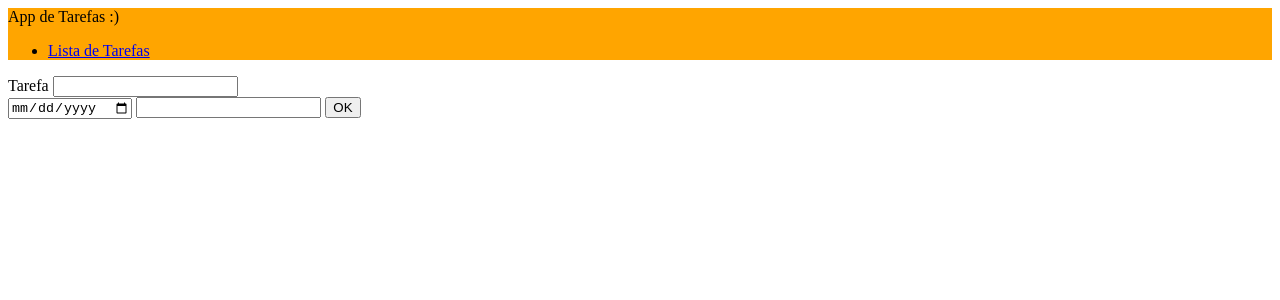
Repository: sophiaks/CRUD
Page: http://localhost/Projeto1/Views/adiciona.jsp
An editor plug-in stored every save of this project. The page is shown before and after the next save, followed by the edit.
The browser window is 1280 px wide. The pictures show the whole page.
The page is served by Tomcat 9. Nobody is signed in. The application's start-up code is not run. Other server files are loaded and not shown.

Above is the page before, as saved 2020-09-23 19:00:37.

### WorkspaceP1/Projeto1/WebContent/Views/adiciona.jsp
<%@ page language="java" contentType="text/html; charset=ISO-8859-1"
    pageEncoding="ISO-8859-1"%>
<%@ taglib uri="http://java.sun.com/jsp/jstl/core" prefix="c" %>
<%@ taglib uri="http://java.sun.com/jsp/jstl/fmt" prefix="fmt" %>
<%@ page import="java.util.*,br.edu.insper.*" %>


<!DOCTYPE html>
<html>
<head>
<meta charset="ISO-8859-1">
<title>Tarefa</title>
</head>

<body>
	<jsp:useBean id="dao" class="br.edu.insper.DAO"/>
	<header>
		<nav class="navbar navbar-expand-md navbar-dark"
		style="background-color: orange">
		<div>
			App de Tarefas :)
		</div>
		<ul>
			<li><a href="<%=request.getContextPath()%>/Views/lista.jsp">Lista de Tarefas</a></li>
		</ul>


		</nav>
	</header>
	<form action="adiciona" method="post">
				<div class="form-group">
				<label for="exampleInputEmail1">Tarefa</label>
				<input type="text" name="nome">
				</div>


				<input type="date" name="entrega">



				<input type="text" name="descricao">


			<input type="submit" value="OK">


	</form>
	<br />



</body>
</html>

### WorkspaceP1/Projeto1/src/br/edu/insper/model/DAO.java
package br.edu.insper;
import java.sql.Connection;
import java.sql.DriverManager;
import java.sql.PreparedStatement;
import java.sql.ResultSet;
import java.sql.SQLException;
import java.util.ArrayList;
import java.util.List;


public class DAO {
	private Connection connection = null;

	public DAO () throws ClassNotFoundException, SQLException {
		Class.forName("com.mysql.jdbc.Driver");
		connection = DriverManager.getConnection("jdbc:mysql://127.0.0.1:3306/tarefas?serverTimezone=UTC", "root", "^^b^@JVg^x!6");
	}

	public List<Tarefa> getLista() throws SQLException {
		List<Tarefa> tarefas = new ArrayList<Tarefa>();

		PreparedStatement stmt = connection.prepareStatement("SELECT * FROM tarefa;");
		ResultSet rs = stmt.executeQuery();

		while (rs.next()) {
			Tarefa tarefa = new Tarefa();

			tarefa.setId(rs.getInt("id"));
			tarefa.setNome(rs.getString("tarefa"));
			tarefa.setEntrega(rs.getString("data"));
			tarefa.setDescricao(rs.getString("descricao"));
			tarefas.add(tarefa);
			}

		rs.close();
		stmt.close();

		return tarefas;

		}

	public void close() throws SQLException {
		connection.close();
	}

	public void adiciona(Tarefa tarefa) throws SQLException {
		String sql = "INSERT INTO Tarefa" + "(tarefa, data, descricao) VALUES (?,?,?)";
		PreparedStatement stmt = connection.prepareStatement(sql);
		stmt.setString(1, tarefa.getNome());
		stmt.setString(2, tarefa.getEntrega());
		stmt.setString(3, tarefa.getDescricao());
		stmt.execute();
		stmt.close();
	}

	public void atualiza(Tarefa tarefa) throws SQLException {
		String sql = "UPDATE Tarefa SET " + "tarefa=?, data=?, descricao=? WHERE id=?";
		PreparedStatement stmt = connection.prepareStatement(sql);
		stmt.setString(1, tarefa.getNome());
		stmt.setString(2, tarefa.getEntrega());
		stmt.setString(3, tarefa.getDescricao());
		stmt.setInt(4, tarefa.getId());
		stmt.execute();
		stmt.close();
	}

	public void remove(Integer id) throws SQLException {
		PreparedStatement stmt = connection.prepareStatement("DELETE FROM Tarefa WHERE id=?");
		stmt.setInt(1,  id);
		stmt.execute();
		stmt.close();
	}
}

After the next save:
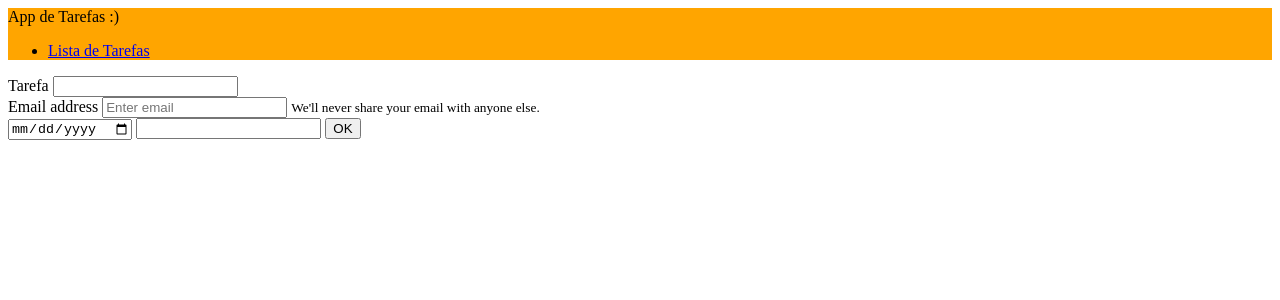
Saved 14 s later.
--- a/WorkspaceP1/Projeto1/WebContent/Views/adiciona.jsp
+++ b/WorkspaceP1/Projeto1/WebContent/Views/adiciona.jsp
@@ -32,6 +32,11 @@
 				<label for="exampleInputEmail1">Tarefa</label>
 				<input type="text" name="nome">
 				</div>
+				<div class="form-group">
+    <label for="exampleInputEmail1">Email address</label>
+    <input type="email" class="form-control" id="exampleInputEmail1" aria-describedby="emailHelp" placeholder="Enter email">
+    <small id="emailHelp" class="form-text text-muted">We'll never share your email with anyone else.</small>
+  </div>
 
 
 				<input type="date" name="entrega">
